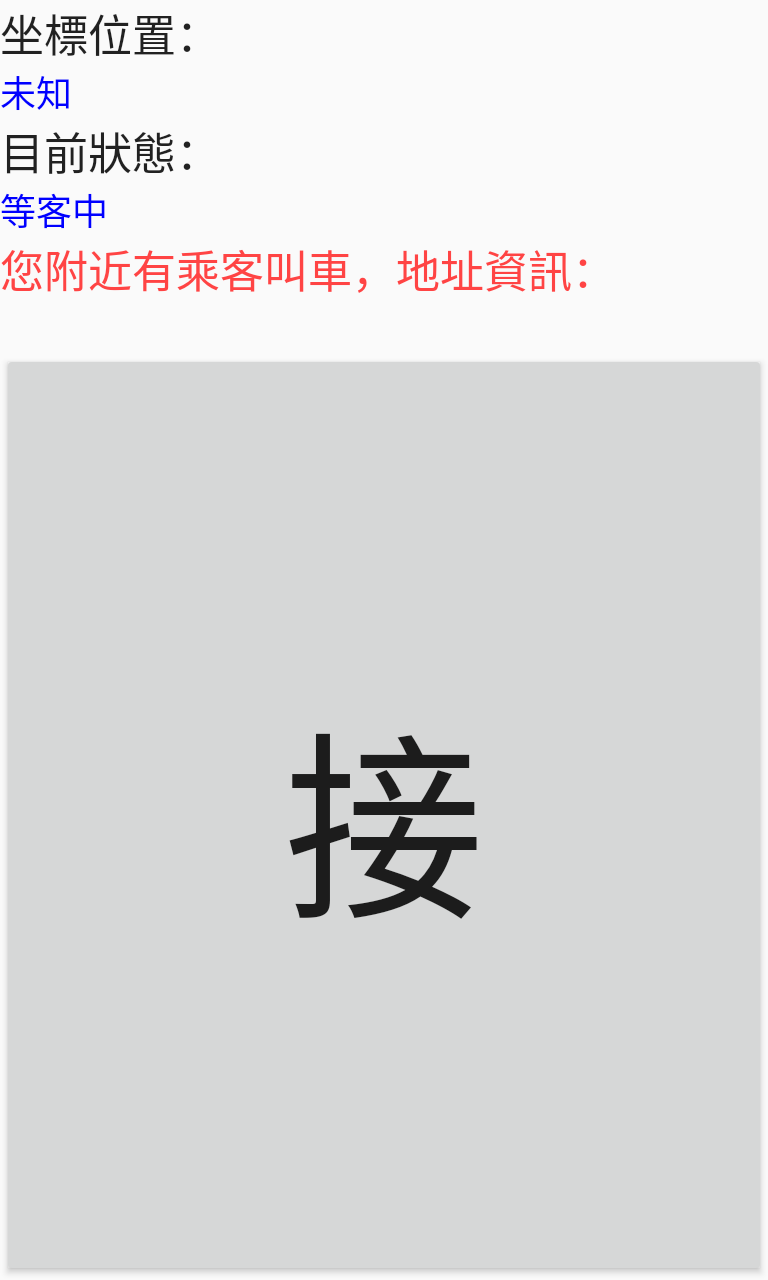
Repository: bclin087/SimpleTaxi
Layout: app/TaxiDemo/res/layout/activity_driver.xml
The author's editor kept a copy of each file at every save. The layout is drawn from the files as they stood at one save, then again after the next save.
It is drawn on a 768 x 1280 px phone screen (xhdpi) without system bars, with theme AppTheme; the app's code is not run.

Above is the layout before, as saved 2015-05-16 17:44:38.

### app/TaxiDemo/res/layout/activity_driver.xml
<?xml version="1.0" encoding="utf-8"?>
<LinearLayout xmlns:android="http://schemas.android.com/apk/res/android"
    android:layout_width="match_parent"
    android:layout_height="match_parent"
    android:orientation="vertical" >

    <TextView
        android:id="@+id/textView1"
        android:layout_width="wrap_content"
        android:layout_height="wrap_content"
        android:text="@string/location"
        android:textAppearance="?android:attr/textAppearanceLarge" />

    <TextView
        android:id="@+id/textViewLocation"
        android:layout_width="wrap_content"
        android:layout_height="wrap_content"
        android:text="@string/unknown"
        android:textAppearance="?android:attr/textAppearanceMedium"
        android:textColor="#0000ff" />

    <TextView
        android:id="@+id/textView2"
        android:layout_width="wrap_content"
        android:layout_height="wrap_content"
        android:text="@string/status"
        android:textAppearance="?android:attr/textAppearanceLarge" />

    <TextView
        android:id="@+id/textViewStatus"
        android:layout_width="wrap_content"
        android:layout_height="wrap_content"
        android:text="@string/waiting"
        android:textAppearance="?android:attr/textAppearanceMedium"
        android:textColor="#0000ff" />

    <TextView
        android:id="@+id/textView3"
        android:layout_width="wrap_content"
        android:layout_height="wrap_content"
        android:text="@string/user_alert"
        android:textAppearance="?android:attr/textAppearanceLarge"
        android:textColor="@color/red" />

    <TextView
        android:id="@+id/textViewAddress"
        android:layout_width="wrap_content"
        android:layout_height="wrap_content"
        android:textAppearance="?android:attr/textAppearanceMedium"
        android:textColor="#0000ff" />

    <Button
        android:id="@+id/button1"
        android:layout_width="match_parent"
        android:layout_height="wrap_content"
        android:layout_weight="0.32"
        android:textSize="100sp"
        android:text="@string/pickup" />

</LinearLayout>

### app/TaxiDemo/res/values/strings.xml
<?xml version="1.0" encoding="utf-8"?>
<resources>

    <string name="app_name">TaxiDemo</string>
    <string name="hello_world">Hello world!</string>
    <string name="mobile">手機號碼：</string>
    <string name="iamdriver">我是司機</string>
    <string name="iamuser">我是乘客</string>
    <string name="input_mobile">請輸入行動電話</string>
    <string name="location">坐標位置：</string>
    <string name="status">目前狀態：</string>
    <string name="waiting">等客中</string>
    <string name="unknown">未知</string>
    <string name="user_alert">您附近有乘客叫車，地址資訊：</string>
    <string name="pickup">接</string>

</resources>

### app/TaxiDemo/res/values/colors.xml
<?xml version="1.0" encoding="utf-8"?>
<resources>

    <item name="blue" type="color">#FF33B5E5</item>
    <item name="purple" type="color">#FFAA66CC</item>
    <item name="green" type="color">#FF99CC00</item>
    <item name="orange" type="color">#FFFFBB33</item>
    <item name="red" type="color">#FFFF4444</item>
    <item name="darkblue" type="color">#FF0099CC</item>
    <item name="darkpurple" type="color">#FF9933CC</item>
    <item name="darkgreen" type="color">#FF669900</item>
    <item name="darkorange" type="color">#FFFF8800</item>
    <item name="darkred" type="color">#FFCC0000</item>

    <integer-array name="androidcolors">
        <item>@color/blue</item>
        <item>@color/purple</item>
        <item>@color/green</item>
        <item>@color/orange</item>
        <item>@color/red</item>
        <item>@color/darkblue</item>
        <item>@color/darkpurple</item>
        <item>@color/darkgreen</item>
        <item>@color/darkorange</item>
        <item>@color/darkred</item>
    </integer-array>

</resources>

Loaded but not shown: app/TaxiDemo/res/values/styles.xml (common file); app/TaxiDemo/res/values-v11/styles.xml (common file); app/TaxiDemo/res/values-v14/styles.xml (common file)

After the next save:
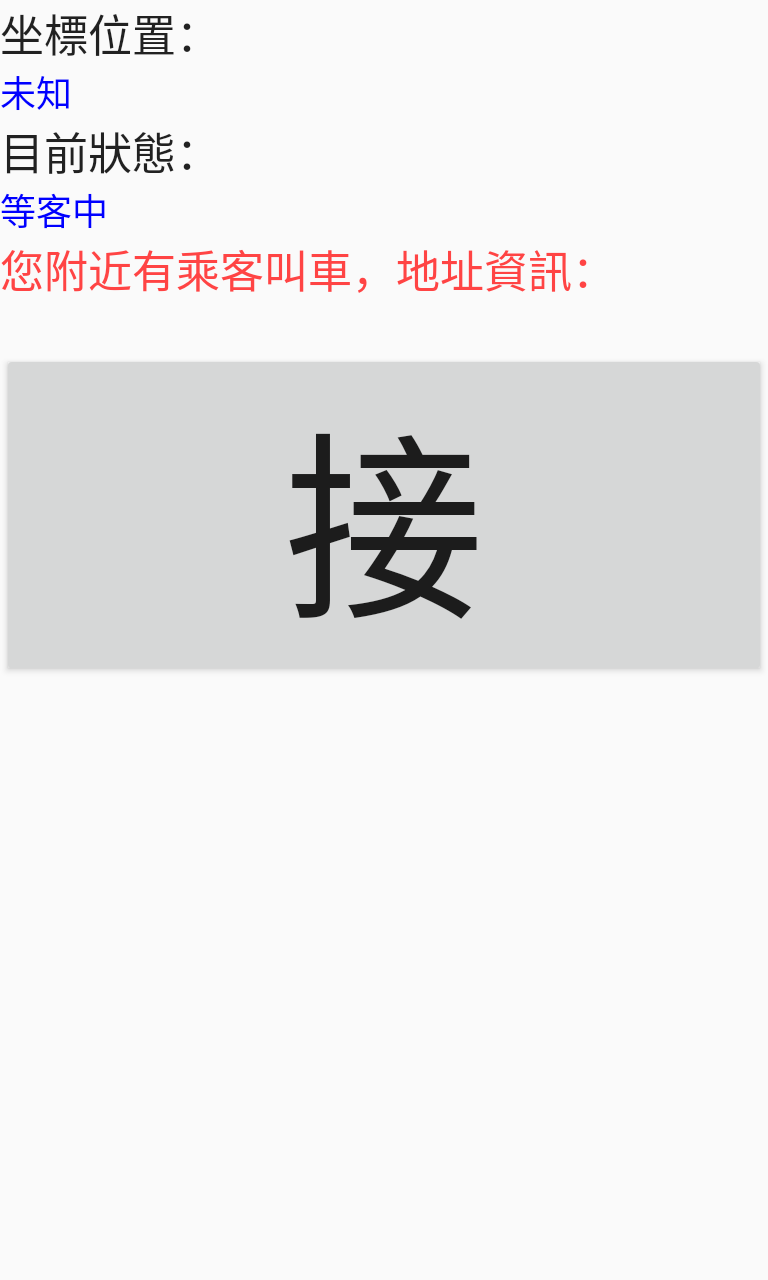
Saved 15 s later.
--- a/app/TaxiDemo/res/layout/activity_driver.xml
+++ b/app/TaxiDemo/res/layout/activity_driver.xml
@@ -53,7 +53,6 @@
         android:id="@+id/button1"
         android:layout_width="match_parent"
         android:layout_height="wrap_content"
-        android:layout_weight="0.32"
         android:textSize="100sp"
         android:text="@string/pickup" />
 
